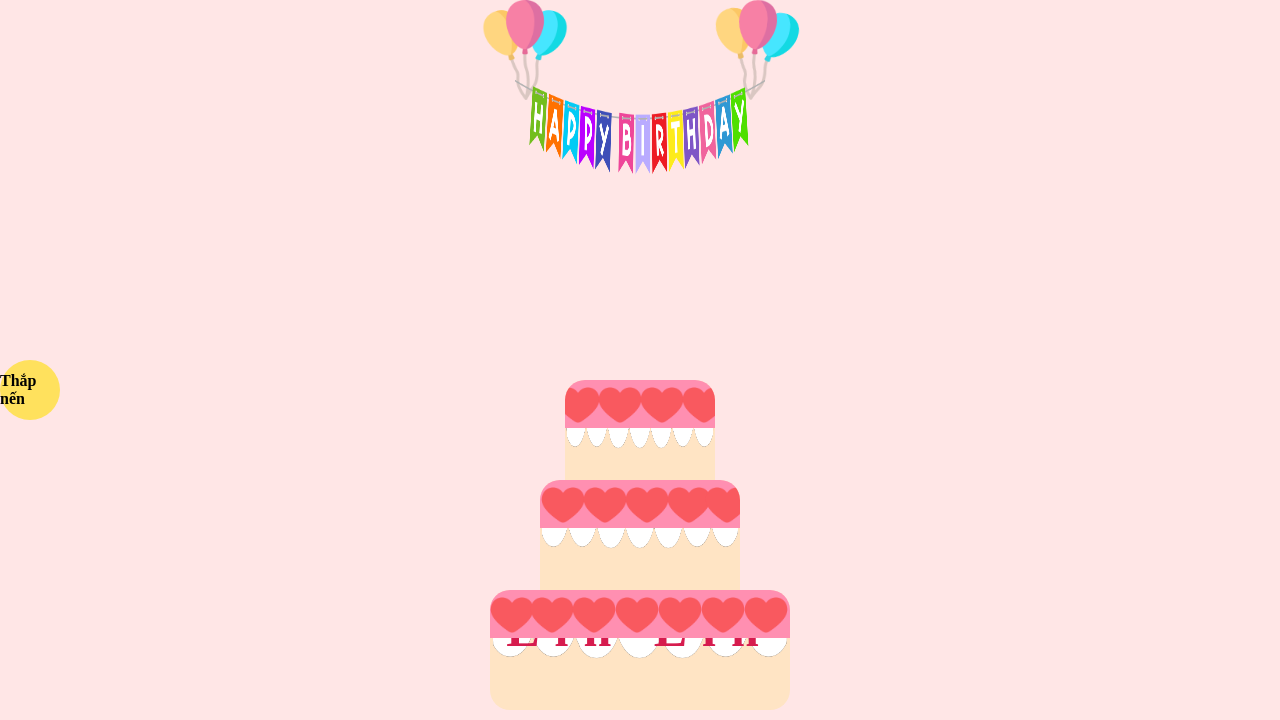
Repository: iphoneboy46/happybirthday
Page: index.html
These files come from the project's save history. The page is drawn as it stood at one moment and after the next save; the edit follows.
The browser window is 1280 px wide. The pictures show the whole page.
After loading, the first visible `div.btnThapnen` was clicked once.
Some web fonts or font styles are not loaded; a fallback is used.

Above is the page before, as saved 2022-11-28 21:19:58.

### index.html
<!DOCTYPE html>
<html lang="en">
  <head>
    <meta charset="UTF-8" />
    <meta http-equiv="X-UA-Compatible" content="IE=edge" />
    <meta name="viewport" content="width=device-width, initial-scale=1.0" />
    <title>Happy Birthday</title>
    <link rel="stylesheet" href="style.css" />
  </head>
  <body>
    <div class="container">
      <div class="cake">
        <div class="top--cake">
          <div class="img-wavy">
            <img src="image/img1.png" alt="" />
          </div>

          <div class="img-heart-1--top">
            <img src="image/heart.png" alt="" />
          </div>
          <div class="img-heart-2--top">
            <img src="image/heart.png" alt="" />
          </div>
          <div class="img-heart-3--top">
            <img src="image/heart.png" alt="" />
          </div>
          <div class="img-heart-4--top">
            <img src="image/heart.png" alt="" />
          </div>

          <div class="border-cake"></div>
        </div>
        <div class="center--cake">
          <div class="img-wavy">
            <img src="image/img1.png" alt="" />
          </div>
          <div class="img-heart-1--center">
            <img src="image/heart.png" alt="" />
          </div>
          <div class="img-heart-2--center">
            <img src="image/heart.png" alt="" />
          </div>
          <div class="img-heart-3--center">
            <img src="image/heart.png" alt="" />
          </div>
          <div class="img-heart-4--center">
            <img src="image/heart.png" alt="" />
          </div>
          <div class="img-heart-5--center">
            <img src="image/heart.png" alt="" />
          </div>
          <div class="img-heart-6--center">
            <img src="image/heart.png" alt="" />
          </div>
          <div class="img-heart-7--center">
            <img src="image/heart.png" alt="" />
          </div>

          <div class="border-cake"></div>
        </div>
        <div class="bottom--cake">
          <div class="img-wavy">
            <img src="image/img1.png" alt="" />
          </div>

          <div class="img-heart-1">
            <img src="image/heart.png" alt="" />
          </div>
          <div class="img-heart-2">
            <img src="image/heart.png" alt="" />
          </div>
          <div class="img-heart-3">
            <img src="image/heart.png" alt="" />
          </div>
          <div class="img-heart-4">
            <img src="image/heart.png" alt="" />
          </div>
          <div class="img-heart-5">
            <img src="image/heart.png" alt="" />
          </div>
          <div class="img-heart-6">
            <img src="image/heart.png" alt="" />
          </div>
          <div class="img-heart-7">
            <img src="image/heart.png" alt="" />
          </div>
          <div class="img-heart-8">
            <img src="image/heart.png" alt="" />
          </div>

          <div class="border-cake"></div>
        </div>
        <div class="fire2">
            <img src="music/luanen.gif" alt="">
        </div>
        <div class="fire4">
            <img src="music/luanen.gif" alt="">
        </div>
        <div class="number2">
          <img src="image/number2png.png" alt="" />
        </div>
        <div class="number4">
          <img src="image/number4.png" alt="" />
        </div>
      </div>
      <h1 class="name">Lin Lin</h1>
        <h2 class="day">29-11</h2>
      <audio class="audioHpbd" controls autoplay>
        <source src="music/Happy Birthday -Piano Cover.mp3" type="audio/mpeg" />
      </audio>
      <div class="hpbd">
        <div class="text-hbbd">
          <img src="image/hbbdpng.png" alt="" />
        </div>
        <div class="bongbong1">
          <img src="image/balloon.png" alt="" />
        </div>
        <div class="bongbong2">
          <img src="image/balloon.png" alt="" />
        </div>
      </div>
      <div class="btnThapnen">
        Thắp nến
      </div>
    </div>
    <script src="index.js"></script>
  </body>
</html>

### style.css
@import url('https://fonts.googleapis.com/css2?family=Fleur+De+Leah&display=swap');

* {
    padding: 0;
    margin: 0;
    box-sizing: border-box;
    font-family: 'Fleur De Leah', cursive;

}

body {
    overflow: hidden;
}

.container {
    width: 100%;
    background-color: #FFE6E6;
    /* background-color: black; */
    height: 100vh;
    display: flex;
    justify-content: center;
    align-items: flex-end;

}

.cake {
    display: flex;
    flex-direction: column;
    justify-content: center;
    align-items: center;
    animation: cake-scale linear 5s;
}

@keyframes cake-scale {
    0% {
        transform: scale(0)
    }

    100% {
        transform: scale(1)
    }
}

.top--cake {
    position: relative;
    overflow: hidden;
    width: 150px;
    height: 100px;
    background-color: bisque;
    border-top-left-radius: 20px;
    border-top-right-radius: 20px;
}



.center--cake {
    position: relative;
    overflow: hidden;
    width: 200px;
    height: 110px;
    background-color: bisque;
    border-top-left-radius: 20px;
    border-top-right-radius: 20px;
}


.bottom--cake {
    position: relative;
    overflow: hidden;
    width: 300px;
    height: 120px;
    background-color: bisque;
    border-radius: 20px;
    margin-bottom: 10px;
}



.img-wavy {
    width: 100%;
    height: 70px;
}

.img-wavy img {
    width: 100%;
    height: 100%;
}

.img-heart-1 {
    z-index: 3;
    position: absolute;
    top: 0px;
    left: -3px;
    width: 50px;
    height: 50px;
}


.img-heart-1 img {
    width: 100%;
    height: 100%;
}

.img-heart-2 {
    z-index: 3;
    position: absolute;
    top: 0px;
    left: 37px;
    width: 50px;
    height: 50px;
}


.img-heart-2 img {
    width: 100%;
    height: 100%;
}


.img-heart-3 {
    z-index: 3;
    position: absolute;
    top: 0px;
    left: 79px;
    width: 50px;
    height: 50px;
}


.img-heart-3 img {
    width: 100%;
    height: 100%;
}

.img-heart-4 {
    z-index: 3;
    position: absolute;
    top: 0px;
    left: 122px;
    width: 50px;
    height: 50px;
}


.img-heart-4 img {
    width: 100%;
    height: 100%;
}

.img-heart-5 {
    z-index: 3;
    position: absolute;
    top: 0px;
    left: 165px;
    width: 50px;
    height: 50px;
}


.img-heart-5 img {
    width: 100%;
    height: 100%;
}

.img-heart-6 {
    z-index: 3;
    position: absolute;
    top: 0px;
    left: 208px;
    width: 50px;
    height: 50px;
}


.img-heart-6 img {
    width: 100%;
    height: 100%;
}

.img-heart-7 {
    z-index: 3;
    position: absolute;
    top: 0px;
    left: 251px;
    width: 50px;
    height: 50px;
}


.img-heart-7 img {
    width: 100%;
    height: 100%;
}



.border-cake {
    z-index: 2;
    position: absolute;
    top: 0;
    width: 100%;
    height: 48px;
    background-color: #FF8FB1;
}


.img-heart-1--center {
    z-index: 3;
    position: absolute;
    top: 0px;
    left: -2px;
    width: 50px;
    height: 50px;
}


.img-heart-1--center img {
    width: 100%;
    height: 100%;
}

.img-heart-2--center {
    z-index: 3;
    position: absolute;
    top: 0px;
    left: 40px;
    width: 50px;
    height: 50px;
}


.img-heart-2--center img {
    width: 100%;
    height: 100%;
}


.img-heart-3--center {
    z-index: 3;
    position: absolute;
    top: 0px;
    left: 82px;
    width: 50px;
    height: 50px;
}


.img-heart-3--center img {
    width: 100%;
    height: 100%;
}

.img-heart-4--center {
    z-index: 3;
    position: absolute;
    top: 0px;
    left: 124px;
    width: 50px;
    height: 50px;
}


.img-heart-4--center img {
    width: 100%;
    height: 100%;
}

.img-heart-5--center {
    z-index: 3;
    position: absolute;
    top: 0px;
    left: 260px;
    width: 50px;
    height: 50px;
}


.img-heart-5--center img {
    width: 100%;
    height: 100%;
}

.img-heart-6--center {
    z-index: 3;
    position: absolute;
    top: 0px;
    left: 330px;
    width: 50px;
    height: 50px;
}


.img-heart-6--center img {
    width: 100%;
    height: 100%;
}

.img-heart-7--center {
    z-index: 3;
    position: absolute;
    top: 0px;
    left: 162px;
    width: 50px;
    height: 50px;
}


.img-heart-7--center img {
    width: 100%;
    height: 100%;
}



.img-heart-1--top {
    z-index: 3;
    position: absolute;
    top: 0px;
    left: -12px;
    width: 50px;
    height: 50px;
}


.img-heart-1--top img {
    width: 100%;
    height: 100%;
}

.img-heart-2--top {
    z-index: 3;
    position: absolute;
    top: 0px;
    left: 30px;
    width: 50px;
    height: 50px;
}


.img-heart-2--top img {
    width: 100%;
    height: 100%;
}


.img-heart-3--top {
    z-index: 3;
    position: absolute;
    top: 0px;
    left: 72px;
    width: 50px;
    height: 50px;
}


.img-heart-3--top img {
    width: 100%;
    height: 100%;
}

.img-heart-4--top {
    z-index: 3;
    position: absolute;
    top: 0px;
    left: 114px;
    width: 50px;
    height: 50px;
}


.img-heart-4--top img {
    width: 100%;
    height: 100%;
}

.number2 {
    position: absolute;
    width: 60px;
    height: 92px;
    top: 242px;
    left: 130px;
    animation: num linear 10s
}


.number2 img {
    width: 100%;
    height: 100%;
}

.number4 {
    position: absolute;
    width: 100px;
    height: 100px;
    top: 242px;
    left: 180px;
    animation: num linear 10s
}

@keyframes num {
    0% {
        top: -2000px;
        opacity: 0;
    }

    100% {
        top: 242px;
        opacity: 1;
    }
}

.number4 img {
    width: 100%;
    height: 100%;
}


.hpbd {
    top: 0px;
    position: absolute;
    animation: topText linear 5s;
}

@keyframes topText {
    0% {
        top: 1000px;
    }

    100% {
        top: 0px;
    }
}


.text-hbbd {
    transform: translateX(-50%);
    position: absolute;
    top: 80px;
    left: 50%;
    width: 250px;
    height: 100px;
    z-index: 10;

}



.text-hbbd img {
    width: 100%;
    height: 100%;
}

.bongbong1 {
    position: absolute;
    width: 100px;
    height: 100px;
    left: 65px;
    top: 0px;

    animation: dungdua1 linear 5s infinite;
}

@keyframes dungdua1 {
    0% {
        transform: rotate(0deg)
    }


    50% {
        transform: rotate(10deg)
    }

    100% {
        transform: rotate(0deg)
    }
}



.bongbong1 img {
    width: 100%;
    height: 100%;
}


.bongbong2 {
    position: absolute;
    width: 100px;
    height: 100px;
    right: 65px;
    top: 0px;
    animation: dungdua2 linear 5s infinite;
    animation-delay: 15s;
}

@keyframes dungdua2 {
    0% {
        transform: rotate(0deg)
    }


    50% {
        transform: rotate(-10deg)
    }

    100% {
        transform: rotate(0deg)
    }
}

.bongbong2 img {
    width: 100%;
    height: 100%;
}

.audioHpbd {
    display: none;
}

.name {
    text-align: center;
    top: 600px;
    position: absolute;
    font-size: 50px;
    letter-spacing: 15px;
    color: #D61C4E;
    animation: cake-scale linear 5s;

}


.day {
    text-align: center;
    top: 490px;
    position: absolute;
    font-size: 40px;
    letter-spacing: 15px;
    color: #D61C4E;
    animation: cake-scale linear 5s;

}


.fire2 {
    display: none;
    position: absolute;
    top: 205px;
    left: 135px;
    width: 50px;
    height: 50px;
}

.fire2 img {
    width: 100%;
    height: 100%;
}


.fire4 {
    display: none;
    position: absolute;
    top: 205px;
    right: 128px;
    width: 50px;
    height: 50px;
}

.fire4 img {
    width: 100%;
    height: 100%;
}

.btnThapnen {
    display: flex;
    justify-content: center;
    align-items: center;
    flex-direction: column;
    border-radius: 50%;
    width: 60px;
    height: 60px;
    position: absolute;
    font-weight: bolder;
    top: 50%;
    left: 0;
    user-select: none;
    background-color: #FFE15D;
}

### index.js
const btnThapnen = document.querySelector(".btnThapnen");
const con = document.querySelector(".container");

btnThapnen.onclick = () => {};

After the next save:
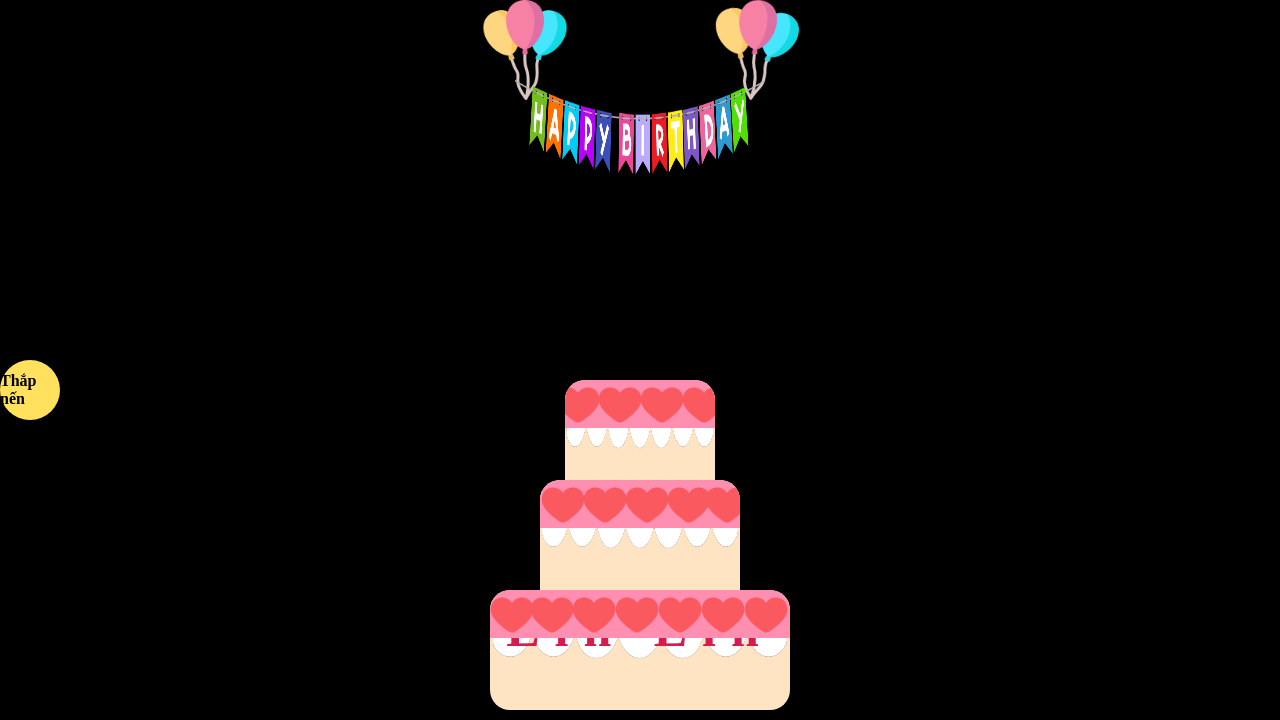
Saved 16 s later.
--- a/index.js
+++ b/index.js
@@ -1,4 +1,6 @@
 const btnThapnen = document.querySelector(".btnThapnen");
 const con = document.querySelector(".container");
 
-btnThapnen.onclick = () => {};
+btnThapnen.onclick = () => {
+    con.style.backgroundColor = "black"
+};
